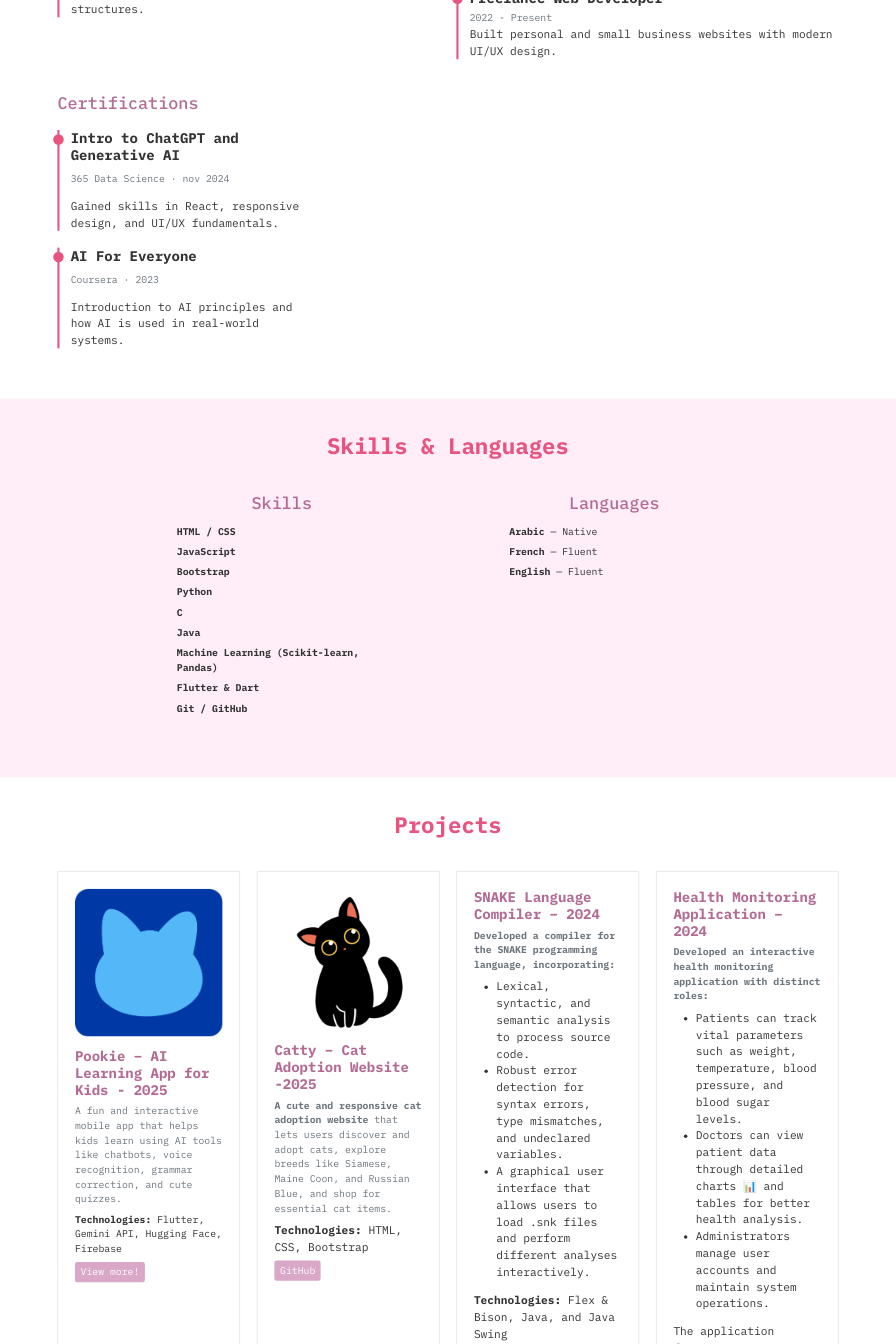
Repository: rihebtlh/portfolio
Page: new.html
An editor plug-in stored every save of this project. The page is shown before and after the next save, followed by the edit.
The browser window is 1280 px wide. The pictures show the part of the page from y = 1654 to 3574 px (the page is 4265 px tall before and 4289 px after), at 70% of full size.

Above is the page before, as saved 2025-07-02 17:31:41.

After the next save:
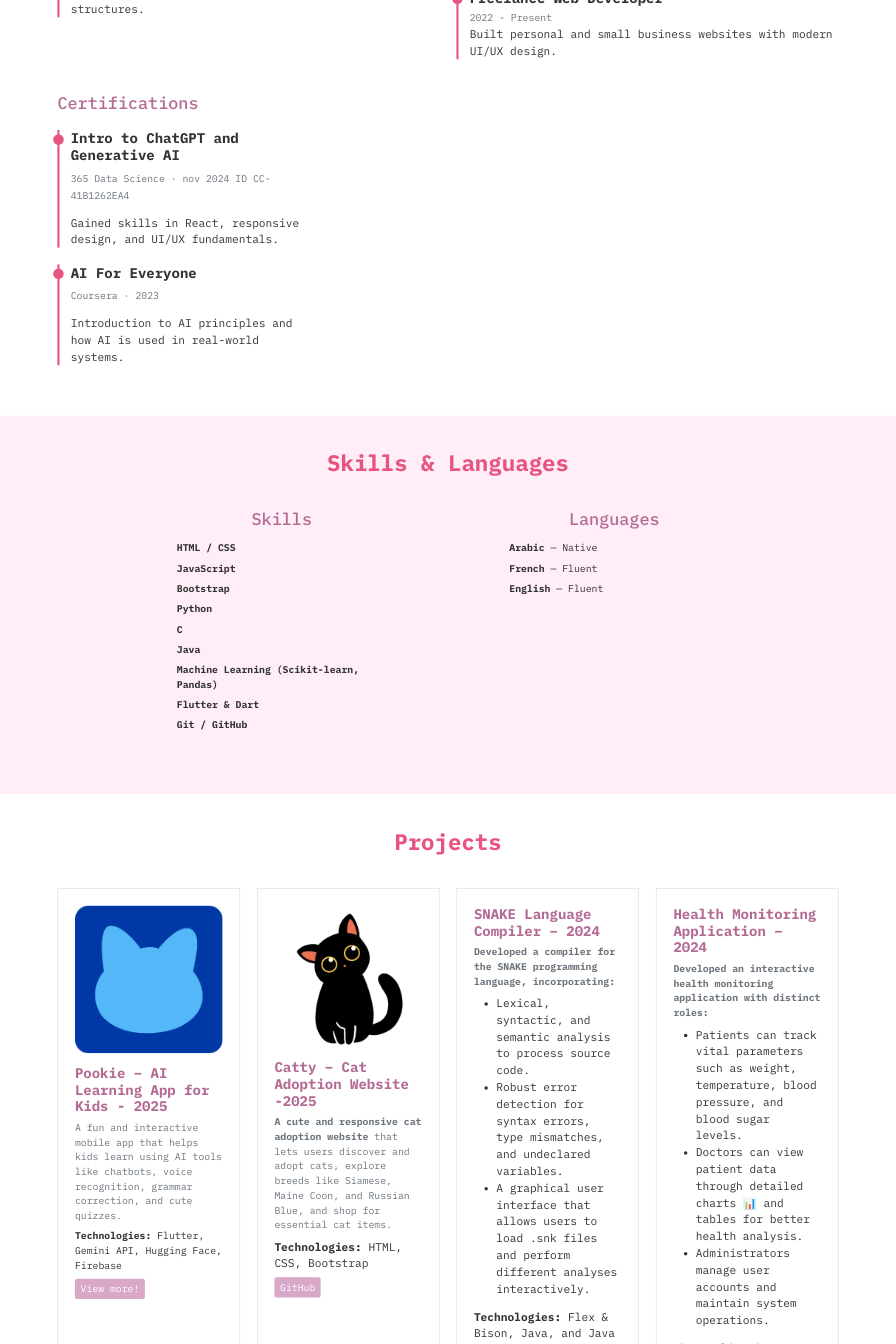
Saved 51 s later.
--- a/new.html
+++ b/new.html
@@ -249,7 +249,7 @@
                 <div class="timeline">
                 <div class="timeline-item mb-4">
                     <h5 class="fw-bold">Intro to ChatGPT and Generative AI</h5>
-                    <p class="text-muted"><small>365 Data Science · nov 2024</small></p>
+                    <p class="text-muted"><small>365 Data Science · nov 2024 ID CC-41B1262EA4</small></p>
                     <p>Gained skills in React, responsive design, and UI/UX fundamentals.</p>
                 </div>
                 <div class="timeline-item mb-4">
